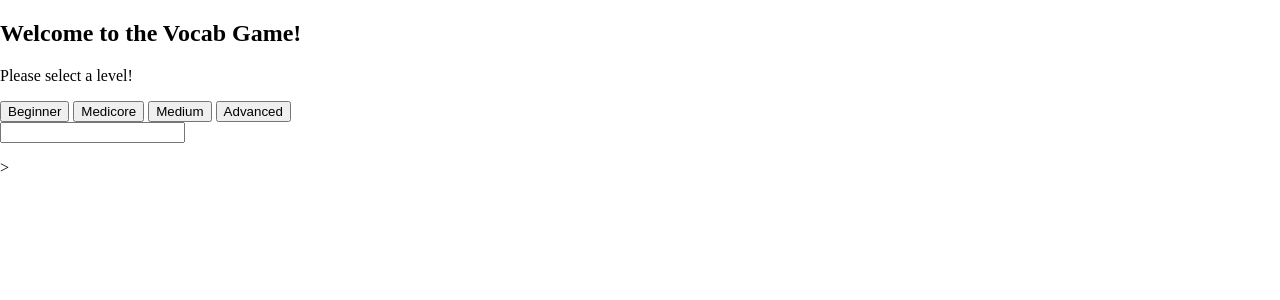
Repository: chimeconfused999/Vocab-Game
Page: index.html
The author's editor kept a copy of each file at every save. The page is drawn from the files as they stood at one save, then again after a run of saves.
The browser window is 1280 px wide. The pictures show the whole page.

Above is the page before, as saved 2022-07-09 18:53:09.
Console error: SyntaxError: Cannot use import statement outside a module

### index.html
<!DOCTYPE html>
<html>
<body>
  <meta name="viewport" content="width=device-width, initial-scale=1">


<title>
    Vocab Game
</title>

<!--
<style>
  /* Center the loader */
  #loader {
    position: absolute;
    left: 50%;
    top: 50%;
    z-index: 1;
    width: 120px;
    height: 120px;
    margin: -76px 0 0 -76px;
    border: 16px solid #f3f3f3;
    border-radius: 50%;
    border-top: 16px solid #3498db;
    -webkit-animation: spin 2s linear infinite;
    animation: spin 2s linear infinite;
  }

  @-webkit-keyframes spin {
    0% { -webkit-transform: rotate(0deg); }
    100% { -webkit-transform: rotate(360deg); }
  }

  @keyframes spin {
    0% { transform: rotate(0deg); }
    100% { transform: rotate(360deg); }
  }

  /* Add animation to "page content" */
  .animate-bottom {
    position: relative;
    -webkit-animation-name: animatebottom;
    -webkit-animation-duration: 1s;
    animation-name: animatebottom;
    animation-duration: 1s
  }

  @-webkit-keyframes animatebottom {
    from { bottom:-100px; opacity:0 }
    to { bottom:0px; opacity:1 }
  }

  @keyframes animatebottom {
    from{ bottom:-100px; opacity:0 }
    to{ bottom:0; opacity:1 }
  }

  #myDiv {
    display: none;
    text-align: center;
  }
  </style>
-->

  </head>
  <body onload="myFunction()" style="margin:0;">

  <div id="loader"></div>

  <div style="display:none;" id="myDiv" class="animate-bottom">
    <h2>Welcome to the Vocab Game!</h2>
    <p>Please select a level!</p>
  </div>
  <div id ="buttons" class="buttons">
    <button id="Beginner" onclick="style.display = 'none'">Beginner</button>
    <button id="Medicore" onclick="style.display = 'none'">Medicore</button>
    <button id="Medium" onclick="style.display = 'none'">Medium</button>
    <button id="Advanced" onclick="style.display = 'none'">Advanced</button>
  </div>
  <input id="output" type="text">

  <p></p>


  <script>
  var myVar;

  function myFunction() {
    myVar = setTimeout(showPage, 3000);
  }

  function showPage() {
    document.getElementById("loader").style.display = "none";
    document.getElementById("myDiv").style.display = "block";
  }
  document.querySelector('#buttons')
  .addEventListener('click', event => {
    let target = event.target;
    if (target.matches('button')) {
      let value = target.innerHTML

      document.querySelector('#output').value += value
      var div = document.getElementById("buttons");
      div.style.display ='none';
    }
  });

  </script>


</body>
</html>



<script src="index.js" ></script>
<script type="module">

  </script>
<style src="index.css"></style>>

### index.js
function loadAdmin() {
    document.getElementById("header1").style.visibility="hidden";
}
var myVar;

function myFunction() {
  myVar = setTimeout(showPage, 3000);
}

function showPage() {
  document.getElementById("loader").style.display = "none";
  document.getElementById("myDiv").style.display = "block";
}

    // Import the functions you need from the SDKs you need
    import { initializeApp } from "https://www.gstatic.com/firebasejs/9.8.4/firebase-app.js";
    import { getAnalytics } from "https://www.gstatic.com/firebasejs/9.8.4/firebase-analytics.js";
    // TODO: Add SDKs for Firebase products that you want to use
    // https://firebase.google.com/docs/web/setup#available-libraries

    // Your web app's Firebase configuration
    // For Firebase JS SDK v7.20.0 and later, measurementId is optional
    const firebaseConfig = {
      apiKey: "AIzaSyAb46T6Htsp0_VkTugv9a8DA2vzTQZ7ogk",
      authDomain: "vocabulary-game-589f7.firebaseapp.com",
      projectId: "vocabulary-game-589f7",
      storageBucket: "vocabulary-game-589f7.appspot.com",
      messagingSenderId: "569712911298",
      appId: "1:569712911298:web:a2909d5050b47448a5ac5b",
      measurementId: "G-1L23PJLGEE"
    };

    // Initialize Firebase
    const app = initializeApp(firebaseConfig);
    const analytics = getAnalytics(app);

  document.querySelector('#buttons')
  .addEventListener('click', event => {
    let target = event.target;
    if (target.matches('button')) {
      let value = target.innerHTML

      document.querySelector('#output').value += value
    }
  });

After the next 2 saves:
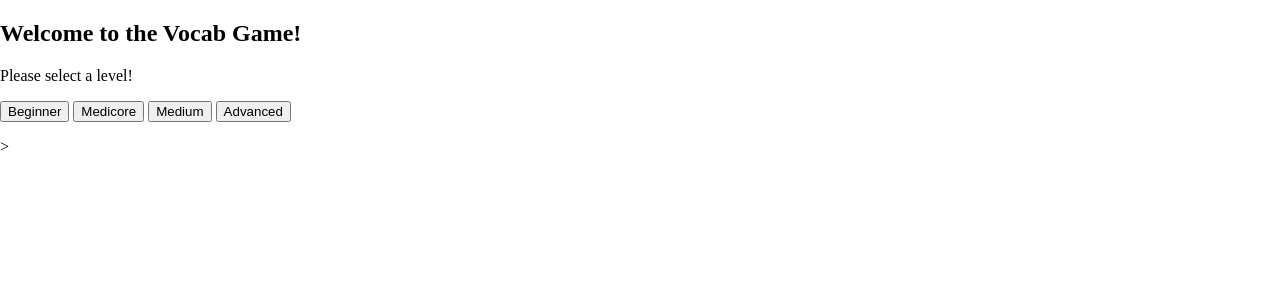
The 2 saves are shown as one change because they came seconds apart.
The last was saved 30 s later.
--- a/index.html
+++ b/index.html
@@ -77,7 +77,7 @@
     <button id="Medium" onclick="style.display = 'none'">Medium</button>
     <button id="Advanced" onclick="style.display = 'none'">Advanced</button>
   </div>
-  <input id="output" type="text">
+  <p id="output"></p>
 
   <p></p>
 

After the save that followed:
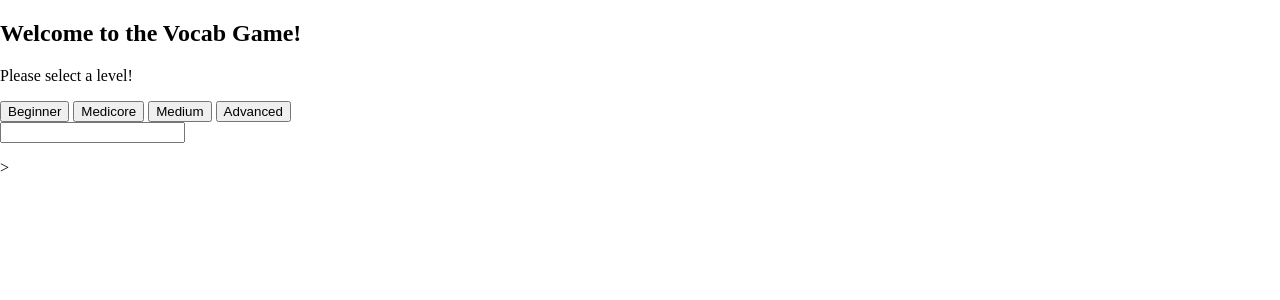
Saved 23 s later.
--- a/index.html
+++ b/index.html
@@ -77,7 +77,7 @@
     <button id="Medium" onclick="style.display = 'none'">Medium</button>
     <button id="Advanced" onclick="style.display = 'none'">Advanced</button>
   </div>
-  <p id="output"></p>
+  <input id="output" type="text">
 
   <p></p>
 
